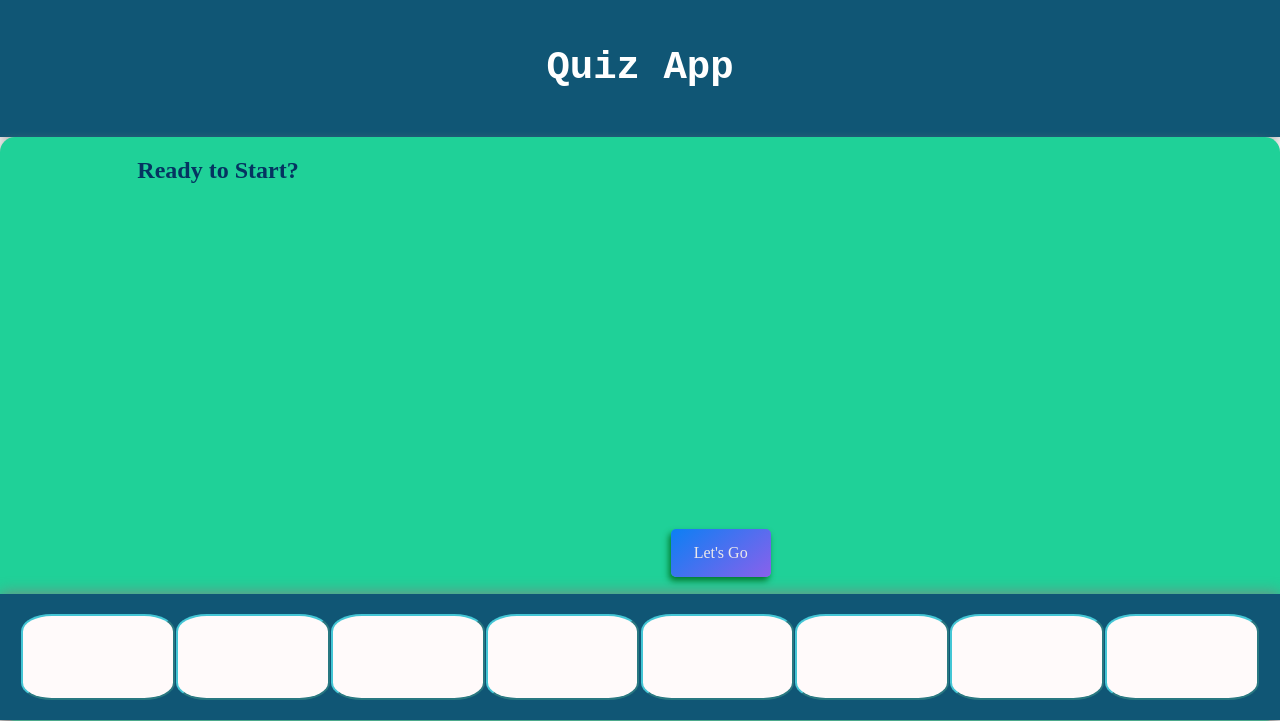
Repository: tpic12/quiz_app
Page: index.html
The author's editor kept a copy of each file at every save. The page is drawn from the files as they stood at one save, then again after the next save.
The browser window is 1280 px wide. The pictures show the whole page.

Above is the page before, as saved 2019-12-28 15:01:40.

### index.html
<!DOCTYPE html>
<html lang="en">

<head>
  <meta charset="UTF-8">
  <meta name="viewport" content="width=device-width, initial-scale=1.0">
  <meta http-equiv="X-UA-Compatible" content="ie=edge">
  <title>Quiz App</title>
  <link href="https://cdnjs.cloudflare.com/ajax/libs/normalize/8.0.1/normalize.min.css" rel="stylesheet"
    type="text/css" />
  <link href="app.css" rel="stylesheet" type="text/css" />
</head>

<body>
  <header>
    <section class='banner'>
      <h1>Quiz App</h1>
    </section>
  </header>
  <main class='display'>

  </main>
  <footer>
    <section class='counts'>
        <div class='count 0'></div>
        <div class='count 1'></div>
        <div class='count 2'></div>
        <div class='count 3'></div>
        <div class='count 4'></div>
        <div class='count 5'></div>
        <div class='count 6'></div>
        <div class='count 7'></div>
    </section>
  </footer>
  <script src="https://code.jquery.com/jquery-3.4.1.slim.js" crossorigin="anonymous"></script>
  <script src="app.js"></script>
</body>

</html>

### app.css
/* Your styles should be mobile-first and responsive */

/**
  * If you are unclear on how to utilize a mobile-first, responsive technique to write your CSS, here is an example:
  *
  * https://github.com/andreacardybailey/responsive_example/blob/master/styles/responsive-base.css
  *
*/
* {
  box-sizing: border-box;
  margin: 0;
}

.banner h1 {
  font-family: monospace;
  font-size: 3em;
}

.banner,
footer {
  color: white;
  font-family: monospace;
  padding: 20px;
  width: 100%;
  text-align: center;
  background-color: hsl(198, 76%, 26%);
  box-shadow: 0px 0px 15px grey;
  border-bottom: none;
  left: 0;
}

.main_card {
  display: flex;
  min-width: 40vw;
  min-height: 40vh;
  text-align: center;
  justify-content: center;
  align-content: space-around;
  background-color: hsl(161, 74%, 47%);
  border-radius: 15px;
  padding: 20px;
  border: none;
  box-shadow: -2px 6px 12px grey;
}

button {
  margin: 30%;
  margin-bottom: 10%;
  color: hsl(0, 7%, 92%);
  background: linear-gradient(140deg, hsl(210, 91%, 50%), hsl(258, 78%, 65%));
  border: none;
  max-width: 130px;
  min-width: 100px;
  border-radius: 5px;
  padding: 15px;
  box-shadow: -2px 4px 6px hsl(142, 98%, 24%);
}

.main_card > form#qForm {
  display: flex;
  flex-flow: row nowrap;
  justify-content: center;
  text-align: center;
}
/*
.mid-card {
  display: flex;
  flex-flow: column wrap;
  margin: auto;
  margin-top: 100px;
  max-width: 400px;
  min-width: 200px;
  text-align: center;
  align-items: center;
  background-color: hsl(161, 74%, 47%);
  border-radius: 15px;
  padding: 20px;
  border: none;
  box-shadow: -2px 6px 12px grey;
}
*/
.main_card > h2 {
  justify-self: center;
  font-weight: bolder;
  color: hsl(210, 90%, 20%);
}

input {
  margin: 5px 20px;
}

footer {
  position: fixed;
  bottom: 0;
  left: 0;
  max-height: 20vh;
}

.counts {
  display: flex;
  justify-content: space-evenly;
}

.count {
  border: 2px outset hsl(186, 63%, 55%);
  font-family: 'Gill Sans', 'Gill Sans MT', Calibri, 'Trebuchet MS', sans-serif;
  border-radius: 20%;
  flex-direction: row;
  width: 12vw;
  height: 12vh;
  background-color: hsl(0, 100%, 99%);
  padding: 15px;
  -webkit-border-radius: 20%;
  -moz-border-radius: 20%;
  -ms-border-radius: 20%;
  -o-border-radius: 20%;
}

h1 {
  font-family: sans-serif;
}

.green {
  background-color: green !important;
}

.red {
  background-color: red !important;
}

#snackbar > p {
  visibility: hidden;
  min-width: 15vw;

  color: #fff;
  text-align: center;
  align-content: flex-start;
  padding: 5px;
  position: absolute;
  z-index: 1;
  left: ;
  top: -30px;
}

#snackbar.show {
  visibility: visible;
  /-webkit-animation: fadein 0.5s, fadeout 0.5s 2.5s;
  animation: fadein 0.5s, fadeout 0.5s 2.5s;
}

### app.js
/**
 * Example store structure
 */
'use strict';

const STORE = {
  // 5 or more questions are required
  questions: [
    {
      question: 'How many items in a bakers dozen??',
      answers: ['11', '12', '13', '3'],
      correctAnswer: '13'
    },
    {
      question: 'What month is Oktoberfest held?',
      answers: ['September', 'October', 'Every Month', 'August'],
      correctAnswer: 'September'
    },
    {
      question: 'What color is an Orange Blossom?',
      answers: ['Red', 'Orange', 'Pink', 'White'],
      correctAnswer: 'White'
    },
    {
      question: 'Where did the Panama Hat originate?',
      answers: ['Ecuador', 'Panama', 'China', 'Cuba'],
      correctAnswer: 'Ecuador'
    },
    {
      question: 'What are toy marbles made from?',
      answers: ['Plastic', 'Quartz', 'Diamond', 'Glass'],
      correctAnswer: 'Glass'
    },
    {
      question: 'How many gallons are in a ten-gallon hat?',
      answers: [
        'Half a Gallon',
        'Ten-Gallons',
        'Three-Fourths of a Gallon',
        'Give-Gallon'
      ],
      correctAnswer: 'Three-Fourths of a Gallon'
    },
    {
      question: 'What is the biggest animal to ever live?',
      answers: ['Mammoth', 'T-Rex', 'Blue Whale', 'Brontosaurus'],
      correctAnswer: 'Blue Whale'
    },
    {
      question: 'Where is the red-bellied woodpecker predominately red?',
      answers: ['Head', 'Wings', 'Feet', 'Belly'],
      correctAnswer: 'Head'
    }
  ],
  questionNumber: 0,
  score: 0,
  quizStart: false
};

/**
 *
 * Your app should include a render() function, that regenerates
 * the view each time the store is updated. See your course
 * material, consult your instructor, and reference the slides
 * for more details.
 *
 * NO additional HTML elements should be added to the index.html file.
 *
 * You may add attributes (classes, ids, etc) to the existing HTML elements, or link stylesheets or additional scripts if necessary
 *
 */

/**
 * This function renders the quiz after you start, ...
 * answer a question, or restart the quiz
 */
function renderStartQuiz() {
  const mainCard = `<section class="main_card">
      <h2>Ready to Start?</h2>
      <button type='submit' id='start_quiz'>Let's Go</button>
    </section>`;

  $('.display').html(mainCard);

  $('.display').on('click', '#start_quiz', function(event) {
    event.preventDefault();
    STORE.quizStart = true;
    $('.main_card')
      .children()
      .remove();
    handleQuiz();
  });
}
/**
 * renders question one at a time depending on question number
 */
function renderQuestion() {
  if (
    STORE.questionNumber === STORE.questions.length &&
    STORE.questionNumber > 1
  ) {
    renderResults();
  } else {
    const qCard = `<h2>${STORE.questions[STORE.questionNumber].question}</h2>
    <form id="qForm">
        <input type='radio' name='answer' id='q1' value="${
          STORE.questions[STORE.questionNumber].answers[0]
        }"/><label for='q1' id='0'>${
      STORE.questions[STORE.questionNumber].answers[0]
    }</label>
        <input type='radio' name='answer' id='q2' value="${
          STORE.questions[STORE.questionNumber].answers[1]
        }"/><label for='q2' id='1'>${
      STORE.questions[STORE.questionNumber].answers[1]
    }</label><br>
        <input type='radio' name='answer' id='q3' value="${
          STORE.questions[STORE.questionNumber].answers[2]
        }"/><label for='q3' id='2'>${
      STORE.questions[STORE.questionNumber].answers[2]
    }</label>
        <input type='radio' name='answer' id='q4' value="${
          STORE.questions[STORE.questionNumber].answers[3]
        }"/><label for='q4' id='3'>${
      STORE.questions[STORE.questionNumber].answers[3]
    }</label><br>
    </form>
    <button type='submit' id='submit_answer'>Final Answer</button>`;

    $('.main_card').html(qCard);
    $('input:checked').on('su');
    $('.main_card').on('click', '#submit_answer', function(event) {
      event.preventDefault();
      checkAnswer();
      //original next question spot

      $('.main_card')
        .children()
        .remove();

      handleQuiz();
    });
  }
}
/**
 * renders results page

 */

function generateResults(finalScore, numberOfQuestions) {
  return `<h2>You scored ${finalScore} out of ${numberOfQuestions}!</h2><button id='restart'>Restart Quiz</button>`;
}

/* Render results element with button that restarts the quiz*/
function renderResults() {
  let score = STORE.score;
  let num = STORE.questionNumber;

  $('.main_card').html(generateResults(score, num));
  $('#restart').click(function(event) {
    event.preventDefault();
    console.log('Restarting Quiz');

    STORE.questionNumber = 0;
    STORE.score = 0;
    $('.count')
      .removeClass('snackbar')
      .removeClass('red')
      .removeClass('green')
      .removeClass('show')
      .text('');
    renderStartQuiz();
  });
}

/**
 * this function checks the correctnes of the answer
 */
function checkAnswer() {
  let form = document.getElementById('qForm');
  let ans = form['answer'];
  for (let i = 0; i < ans.length; i++) {
    //is a button checked
    if (ans[i].checked) {
      //compare value of ans[i] to correct answer
      if (
        ans[i].value === STORE.questions[STORE.questionNumber].correctAnswer
      ) {
        scoreKeeper(true);
      } else {
        scoreKeeper(false);
      }
    }
  }
}

function generateAnswerSnackbar(questionAnswer) {
  return `<div class=.${STORE.questionNumber}>
              <p>Sorry, the correct answer is ${questionAnswer}</p>
          </div>`;
}

function scoreKeeper(bool) {
  if (bool === true) {
    console.log('plus 1 point');
    STORE.score++;
    $(`.${STORE.questionNumber}`)
      .addClass('green')
      .addClass('snackbar')
      .html(`<p>Correct!</p>`);
    $('section.main_card');
    console.log('next q!');
    STORE.questionNumber++;
  }
  if (bool === false) {
    console.log('no points for you');
    $(`.${STORE.questionNumber}`)
      .addClass('red')
      .addClass('snackbar')
      .html(
        generateAnswerSnackbar(
          STORE.questions[STORE.questionNumber].correctAnswer
        )
      );
    console.log('next q!');
    STORE.questionNumber++;
  }
}

function handleQuiz() {
  if (STORE.quizStart === false) {
    renderStartQuiz();
  } else {
    renderQuestion();
  }
}

$(handleQuiz);

After the next save:
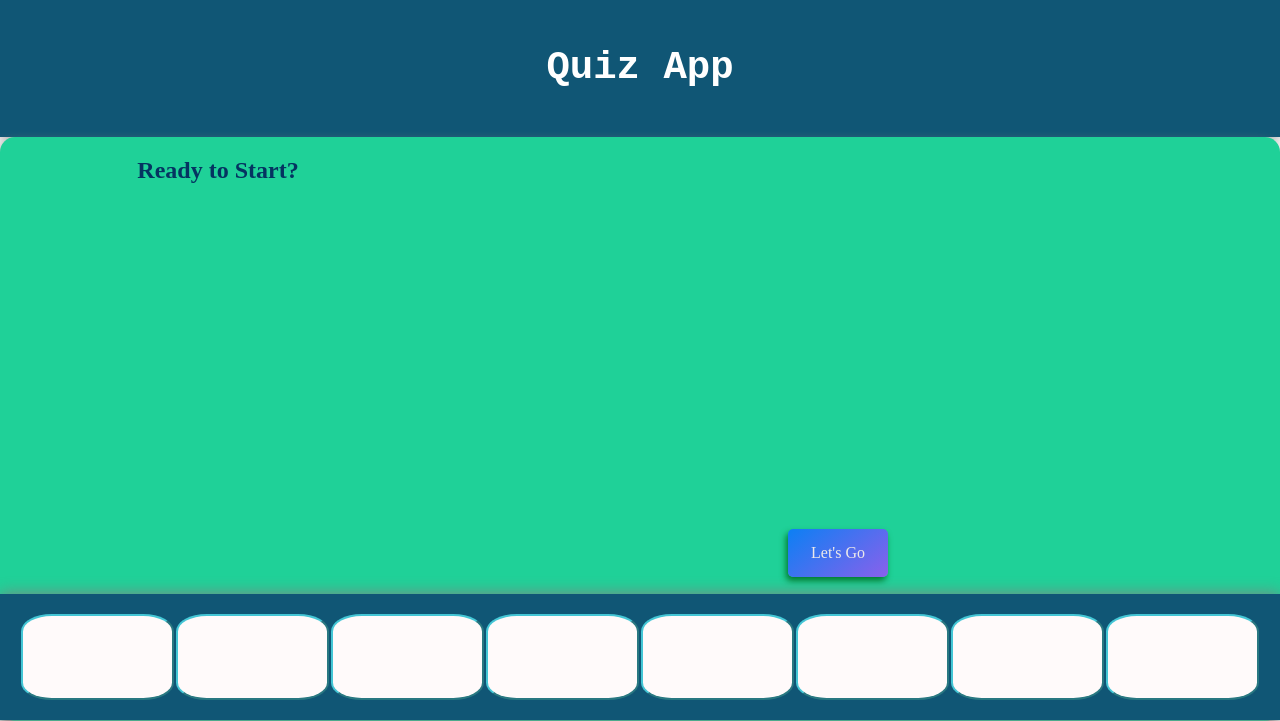
Saved 113 s later.
--- a/app.css
+++ b/app.css
@@ -8,7 +8,7 @@
 */
 * {
   box-sizing: border-box;
-  margin: 0;
+  margin: 0 auto;
 }
 
 .banner h1 {
